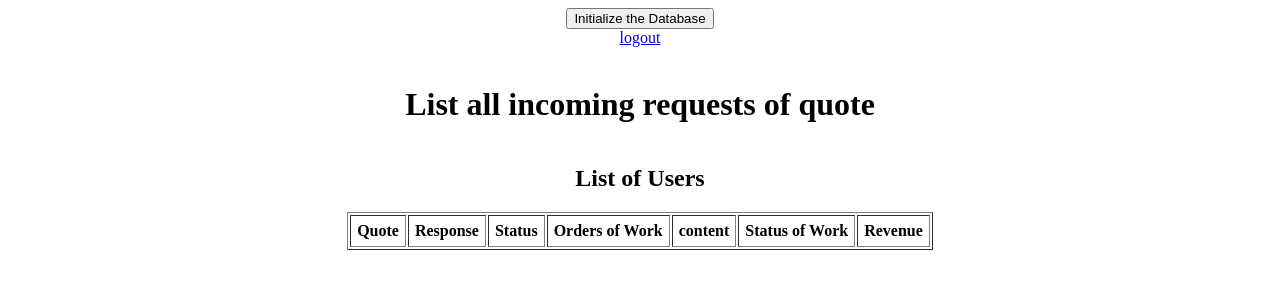
Repository: Sahithkonuganti/DatabaseProject
Page: http://localhost/database/davidView.jsp
An editor plug-in stored every save of this project. The page is shown before and after the next save, followed by the edit.
The browser window is 1280 px wide. The pictures show the whole page.
The page is served by Tomcat 9.

Above is the page before, as saved 2023-10-27 16:31:26.

After the next save:
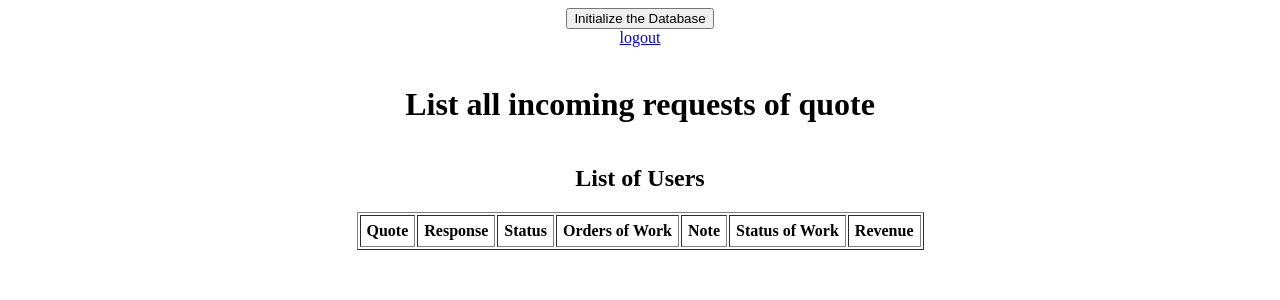
Saved 3 h 39 min later.
--- a/database/WebContent/davidView.jsp
+++ b/database/WebContent/davidView.jsp
@@ -26,7 +26,7 @@
                 <th>Response</th>
                 <th>Status</th>
                 <th>Orders of Work</th>
-                <th>content</th>
+                <th>Note</th>
                 <th>Status of Work</th>
                 <th>Revenue</th>
                 <!-- <th>PPS_bal</th> -->
